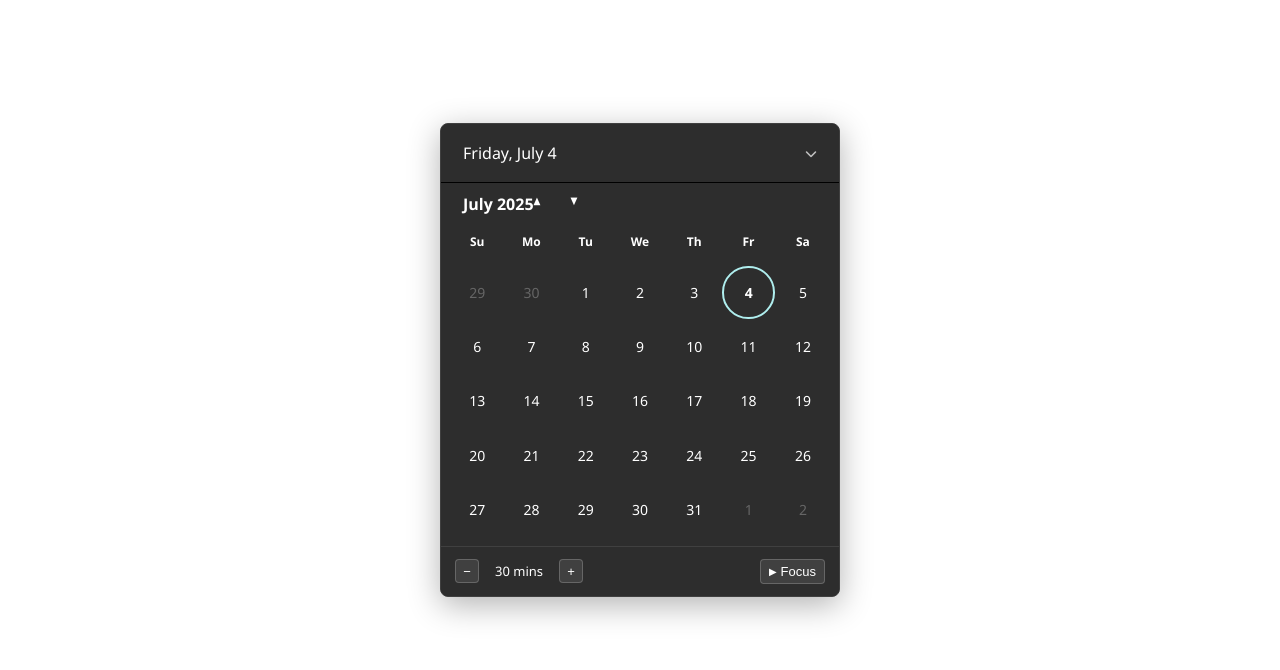
Repository: ThuTrang-jvb/JVB_BT2
Page: index.html
The author's editor kept a copy of each file at every save. The page is drawn from the files as they stood at one save, then again after the next save.
The browser window is 1280 px wide. The pictures show the whole page.

Above is the page before, as saved 2025-07-07 11:27:51.

### index.html
<!DOCTYPE html>
<html lang="en">
<head>
  <meta charset="UTF-8" />
  <meta name="viewport" content="width=device-width, initial-scale=1.0"/>
  <title>Calendar</title>
  <link rel="stylesheet" href="style.css" />
  <link rel="stylesheet" href="https://cdnjs.cloudflare.com/ajax/libs/font-awesome/6.4.0/css/all.min.css" />
</head>
<body>
  <div class="calendar">
    <div class="top-bar">
      <div class="date-display" id="dateToggle">
        <span id="dateText">Monday, November 7</span>
        <span class="dropdown-icon" id="dropdownIcon">
          <i class="fa-solid fa-chevron-down"></i>
        </span>
      </div>
    </div>

    <div class="navigation-bar">
      <div class="title-block" id="calendarTitle">
        <span id="calendarTitleText">November 2022</span>
        <div class="arrow-controls">
          <span>&#9650;</span>
          <span>&#9660;</span>
        </div>
      </div>
    </div>

    <div class="main-calendar">
      <div class="weekday-header" id="weekdayHeader">
        <div class="weekday">Su</div>
        <div class="weekday">Mo</div>
        <div class="weekday">Tu</div>
        <div class="weekday">We</div>
        <div class="weekday">Th</div>
        <div class="weekday">Fr</div>
        <div class="weekday">Sa</div>
      </div>
      <div class="grid-display month-view" id="gridContainer"></div>
    </div>

    <div class="bottom-panel">
      <div class="control-section">
        <div class="session-control">
          <button class="btn-time" id="minusTime">−</button>
          <span class="time-display" id="durationLabel">30 mins</span>
          <button class="btn-time" id="plusTime">+</button>
        </div>
        <button class="session-btn" id="startBtn">
          <span class="session-icon">▶</span>
          <span>Focus</span>
        </button>
      </div>
    </div>
  </div>
  <script src="main.js"></script>
</body>
</html>

### style.css

* {
    margin: 0;
    padding: 0;
    box-sizing: border-box;
}

body {
    font-family: "Segoe UI", Tahoma, Geneva, Verdana, sans-serif;
    background: #ffffff;
    color: #000000;
    min-height: 100vh;
    display: flex;
    align-items: center;
    justify-content: center;
}

.calendar {
    background: #2d2d2d;
    border-radius: 8px;
    width: 100%;
    max-width: 400px;
    box-shadow: 0 8px 32px rgba(0, 0, 0, 0.3);
    border: 1px solid #404040;
    overflow: hidden;
    display: flex;
    flex-direction: column;
}

.top-bar {
    background: #2d2d2d;
    padding: 18px 22px;
    border-bottom: 1px solid #000;
}

.date-display {
    display: flex;
    align-items: center;
    justify-content: space-between;
    font-size: 16px;
    font-weight: 400;
    color: #ffffff;
    cursor: pointer;
    transition: color 0.2s ease;
}

.date-display:hover {
    color: #60a5fa;
}

.dropdown-icon {
    opacity: 0.7;
    font-size: 12px;
}

.navigation-bar {
    display: flex;
    align-items: center;
    justify-content: space-between;
    font-weight: 500;
    padding: 10px 22px;
    background: #2d2d2d;
}

.title-block {
    display: flex;
    gap: ;
    font-size: 16px;
    font-weight: 600;
    color: #ffffff;
    cursor: pointer;
    transition: color 0.2s ease;
}

.title-block:hover {
    color: #60a5fa;
}

.arrow-controls {
    display: flex;
    gap: 30px;
    font-size: 10px;
    margin-left: auto;
}

.weekday-header {
    display: grid;
    grid-template-columns: repeat(7, 1fr);
    gap: 2px;
    margin-bottom: 8px;
    padding: 0 10px;
}

.weekday {
    text-align: center;
    font-size: 12px;
    font-weight: 600;
    color: white;
    padding: 8px 4px;
}

.grid-display {
    display: grid;
    gap: 2px;
    padding: 0 10px 10px;
}

.month-view {
    grid-template-columns: repeat(7, 1fr);
}

.year-view {
    grid-template-columns: repeat(4, 1fr);
    gap: 8px;
}

.decade-view {
    grid-template-columns: repeat(4, 1fr);
    gap: 8px;
}

.grid-cell,
.year-cell,
.decade-cell {
    aspect-ratio: 1;
    display: flex;
    align-items: center;
    justify-content: center;
    cursor: pointer;
    border-radius: 4px;
    font-size: 14px;
    font-weight: 400;
    transition: all 0.2s ease;
    color: #ffffff;
    min-height: 32px;
}

.grid-cell:hover,
.year-cell:hover,
.decade-cell:hover {
    background: #404040;
    border-radius: 50%;
}

.grid-cell.dimmed,
.decade-cell.dimmed {
    color: #666666;
}

.grid-cell.today,
.year-cell.current,
.decade-cell.current {
    background: #0078d4;
    color: white;
    font-weight: 600;
    border-radius: 50%;
}

.grid-cell.selected,
.year-cell.selected,
.decade-cell.selected {
    background: none;
    border: 2px solid paleturquoise;
    color: white;
    font-weight: 600;
    border-radius: 50%;
}

.bottom-panel {
    padding: 12px 14px;
    border-top: 1px solid #404040;
    background: #2d2d2d;
}

.control-section {
    display: flex;
    justify-content: space-between;
    align-items: center;
}

.session-control {
    display: flex;
    align-items: center;
    gap: 6px;
}

.btn-time {
    background: #404040;
    color: white;
    cursor: pointer;
    font-size: 13px;
    width: 24px;
    height: 24px;
    display: flex;
    align-items: center;
    justify-content: center;
    border: 1px solid rgba(255, 255, 255, 0.2);
    transition: all 0.2s ease;
    border-radius: 4px;
}

.btn-time:hover {
    color: #60a5fa;
}

.time-display {
    font-size: 13px;
    color: white;
    min-width: 60px;
    padding: 0 10px;
    text-align: center;
}

.session-btn {
    background: #404040;
    border: 1px solid rgba(255, 255, 255, 0.2);
    padding: 4px 8px;
    color: white;
    font-size: 13px;
    cursor: pointer;
    display: flex;
    align-items: center;
    gap: 4px;
    transition: color 0.2s ease;
    border-radius: 4px;
}

.session-btn:hover {
    color: #60a5fa;
    background: #404040;
}

.session-icon {
    font-size: 10px;
}

.hidden {
    display: none;
}
.main-calendar {
    overflow: hidden;
    transition: max-height 0.4s ease;
}
.main-calendar.collapsed {
  max-height: 0;
}

@media (max-width: 480px) {
    .calendar {
        width: 90%;
        margin: 10px;
    }
}

### main.js
class Calendar {
    constructor() {
        this.currentDate = new Date();
        this.selectedDate = new Date();
        this.currentMonth = new Date();
        this.viewMode = 'month';
        this.timeMinutes = 30;
        this.focusInterval = null;
        this.remainingSeconds = 0;

        this.months = [
            'January', 'February', 'March', 'April', 'May', 'June',
            'July', 'August', 'September', 'October', 'November', 'December'
        ];

        this.monthsShort = [
            'Jan', 'Feb', 'Mar', 'Apr', 'May', 'Jun',
            'Jul', 'Aug', 'Sep', 'Oct', 'Nov', 'Dec'
        ];

        this.init();
    }

    init() {
        this.bindEvents();
        this.updateDisplay();
        this.startRealTimeUpdate();
    }

    bindEvents() {
        document.getElementById('dateText').addEventListener('click', () => this.handleHeaderClick())
        document.querySelector('.dropdown-icon').addEventListener('click', () => this.isCollapsed());
        document.getElementById('calendarTitle').addEventListener('click', () => this.handleNavTitleClick());
        const arrows = document.querySelectorAll('.arrow-controls span');
        if (arrows.length >= 2) {
            arrows[0].addEventListener('click', () => this.navigate(-1));
            arrows[1].addEventListener('click', () => this.navigate(1));
        }

        document.getElementById('minusTime').addEventListener('click', () => this.adjustTime(-5));
        document.getElementById('plusTime').addEventListener('click', () => this.adjustTime(15));
        document.getElementById('startBtn').addEventListener('click', () => this.toggleFocus());
    }

    adjustTime(minutes) {
        this.timeMinutes += minutes;
        if (this.timeMinutes < 5) this.timeMinutes = 5;
        if (this.timeMinutes > 480) this.timeMinutes = 480;
        this.updateTimeDisplay();
    }

    updateTimeDisplay() {
        const timeLabel = document.getElementById('durationLabel');
        if (this.timeMinutes >= 60) {
            const hours = Math.floor(this.timeMinutes / 60);
            const mins = this.timeMinutes % 60;
            if (mins === 0) {
                timeLabel.textContent = `${hours} hr${hours > 1 ? 's' : ''}`;
            } else {
                timeLabel.textContent = `${hours}h ${mins}m`;
            }
        } else {
            timeLabel.textContent = `${this.timeMinutes} mins`;
        }
    }

    toggleFocus() {
        const focusBtn = document.getElementById('startBtn');
        const icon = focusBtn.querySelector('.session-icon');
        const text = focusBtn.querySelector('span:last-child');

        if (text.textContent === 'Focus') {
            text.textContent = 'Stop';
            icon.textContent = '⏸';
            focusBtn.style.color = '#60a5fa';
            this.remainingSeconds = this.timeMinutes * 60;

            this.focusInterval = setInterval(() => {
                this.remainingSeconds--;
                this.updateCountdownDisplay();

                if (this.remainingSeconds <= 0) {
                    clearInterval(this.focusInterval);
                    this.focusInterval = null;
                    alert("Time's up!");
                    this.resetFocusButton();
                }
            }, 1000);

        } else {
            clearInterval(this.focusInterval);
            this.focusInterval = null;
            this.resetFocusButton();
            this.updateTimeDisplay();
        }
    }

    updateCountdownDisplay() {
        const timeLabel = document.getElementById('durationLabel');
        const minutes = Math.floor(this.remainingSeconds / 60);
        const seconds = this.remainingSeconds % 60;
        timeLabel.textContent = `${minutes}m ${seconds}s`;
    }

    resetFocusButton() {
        const focusBtn = document.getElementById('startBtn');
        const icon = focusBtn.querySelector('.session-icon');
        const text = focusBtn.querySelector('span:last-child');

        text.textContent = 'Focus';
        icon.textContent = '\u25B6';
        focusBtn.style.color = '#888888';
    }

    startRealTimeUpdate() {
        setInterval(() => {
            this.currentDate = new Date();
            this.updateHeaderDate();
        }, 1000);
    }

    handleHeaderClick() {
            this.viewMode = 'month';
            this.currentMonth = new Date(this.currentDate);
            this.selectedDate = new Date(this.currentDate);
            this.updateDisplay();

    }

    handleNavTitleClick() {
        switch (this.viewMode) {
            case 'month':
                this.viewMode = 'year';
                break;
            case 'year':
                this.viewMode = 'decade';
                break;
        }
        this.updateDisplay();
    }

    navigate(direction) {
        switch (this.viewMode) {
            case 'month':
                this.currentMonth.setMonth(this.currentMonth.getMonth() + direction);
                break;
            case 'year':
                this.currentMonth.setFullYear(this.currentMonth.getFullYear() + direction);
                break;
            case 'decade':
                this.currentMonth.setFullYear(this.currentMonth.getFullYear() + direction * 10);
                break;
        }
        this.updateDisplay();
    }

    updateDisplay() {
        this.updateHeaderDate();
        this.updateNavTitle();
        this.updateCalendarGrid();
        this.updateWeekdayHeader();
        this.updateTimeDisplay();
    }

    updateHeaderDate() {
        const options = { weekday: 'long', month: 'long', day: 'numeric' };
        const dateText = this.currentDate.toLocaleDateString('en-US', options);

        document.getElementById('dateText').textContent = dateText;
    }

    updateNavTitle() {
        let titleText = '';
        switch (this.viewMode) {
            case 'month':
                titleText = `${this.months[this.currentMonth.getMonth()]} ${this.currentMonth.getFullYear()}`;
                break;
            case 'year':
                titleText = this.currentMonth.getFullYear().toString();
                break;
            case 'decade':
                const startYear = Math.floor(this.currentMonth.getFullYear() / 10) * 10;
                titleText = `${startYear} - ${startYear + 9}`;
                break;
        }
        document.getElementById('calendarTitleText').textContent = titleText;
    }

    updateWeekdayHeader() {
        const header = document.getElementById('weekdayHeader');
        const grid = document.getElementById('gridContainer');

        if (this.viewMode === 'month') {
            header.classList.remove('hidden');
            grid.className = 'grid-display month-view';
        } else {
            header.classList.add('hidden');
            grid.className = `grid-display ${this.viewMode}-view`;
        }
    }

    updateCalendarGrid() {
        const grid = document.getElementById('gridContainer');
        grid.innerHTML = '';

        switch (this.viewMode) {
            case 'month':
                this.renderMonthView(grid);
                break;
            case 'year':
                this.renderYearView(grid);
                break;
            case 'decade':
                this.renderDecadeView(grid);
                break;
        }
    }

    renderMonthView(grid) {
        const daysInMonth = new Date(this.currentMonth.getFullYear(), this.currentMonth.getMonth() + 1, 0).getDate();
        const firstDay = new Date(this.currentMonth.getFullYear(), this.currentMonth.getMonth(), 1).getDay();
        const prevMonth = new Date(this.currentMonth.getFullYear(), this.currentMonth.getMonth(), 0);
        const prevMonthDays = prevMonth.getDate();

        for (let i = firstDay - 1; i >= 0; i--) {
            const day = document.createElement('div');
            day.className = 'grid-cell dimmed';
            day.textContent = prevMonthDays - i;
            grid.appendChild(day);
        }

        for (let day = 1; day <= daysInMonth; day++) {
            const date = new Date(this.currentMonth.getFullYear(), this.currentMonth.getMonth(), day);
            const dayElement = document.createElement('div');
            dayElement.className = 'grid-cell';
            dayElement.textContent = day;

            if (this.isSameDay(date, this.currentDate)) dayElement.classList.add('today');
            if (this.isSameDay(date, this.selectedDate)) dayElement.classList.add('selected');

            dayElement.addEventListener('click', () => {
                this.selectedDate = new Date(date);
                this.updateDisplay();
            });

            grid.appendChild(dayElement);
        }

        const totalCells = Math.ceil((firstDay + daysInMonth) / 7) * 7;
        const remainingCells = totalCells - (firstDay + daysInMonth);

        for (let day = 1; day <= remainingCells; day++) {
            const dayElement = document.createElement('div');
            dayElement.className = 'grid-cell dimmed';
            dayElement.textContent = day;
            grid.appendChild(dayElement);
        }
    }

    renderYearView(grid) {
        for (let month = 0; month < 12; month++) {
            const monthElement = document.createElement('div');
            monthElement.className = 'year-cell';
            monthElement.textContent = this.monthsShort[month];

            const date = new Date(this.currentMonth.getFullYear(), month, 1);

            if (month === this.currentDate.getMonth() && this.currentMonth.getFullYear() === this.currentDate.getFullYear()) {
                monthElement.classList.add('current');
            }
            if (month === this.currentMonth.getMonth()) {
                monthElement.classList.add('selected');
            }

            monthElement.addEventListener('click', () => {
                this.currentMonth.setMonth(month);
                this.viewMode = 'month';
                this.updateDisplay();
            });

            grid.appendChild(monthElement);
        }
    }

    renderDecadeView(grid) {
        const currentYear = this.currentMonth.getFullYear();
        const startYear = Math.floor(currentYear / 10) * 10 - 2;

        for (let i = 0; i < 16; i++) {
            const year = startYear + i;
            const yearElement = document.createElement('div');
            yearElement.className = 'decade-cell';
            yearElement.textContent = year;

            if (year === this.currentDate.getFullYear()) yearElement.classList.add('current');
            if (year === this.currentMonth.getFullYear()) yearElement.classList.add('selected');
            if (i < 2 || i > 13) yearElement.classList.add('dimmed');

            yearElement.addEventListener('click', () => {
                this.currentMonth.setFullYear(year);
                this.viewMode = 'year';
                this.updateDisplay();
            });

            grid.appendChild(yearElement);
        }
    }

    isSameDay(date1, date2) {
        return date1.getDate() === date2.getDate() &&
               date1.getMonth() === date2.getMonth() &&
               date1.getFullYear() === date2.getFullYear();
    }
    isCollapsed() {
        const calendar = document.querySelector('.calendar');
        const mainCalendar = document.querySelector('.main-calendar');
        const navigationBar = document.querySelector('.navigation-bar');
        const dropdownIcon = document.getElementById('dropdownIcon');

        calendar.classList.toggle('collapsed');

        if (calendar.classList.contains('collapsed')) {
            mainCalendar.style.display = 'none';
            navigationBar.style.display = 'none';

            // Đổi icon mũi tên thành hướng lên
            if (dropdownIcon.tagName === 'I') {
                dropdownIcon.classList.remove('fa-chevron-down');
                dropdownIcon.classList.add('fa-chevron-up');
            } else {
                dropdownIcon.textContent = '▲';
            }
        } else {
            mainCalendar.style.display = '';
            navigationBar.style.display = '';

            // Đổi icon mũi tên thành hướng xuống
            if (dropdownIcon.tagName === 'I') {
                dropdownIcon.classList.remove('fa-chevron-up');
                dropdownIcon.classList.add('fa-chevron-down');
            } else {
                dropdownIcon.textContent = '▼';
            }
        }
    }

}

document.addEventListener('DOMContentLoaded', () => {
    new Calendar();
});

After the next save:
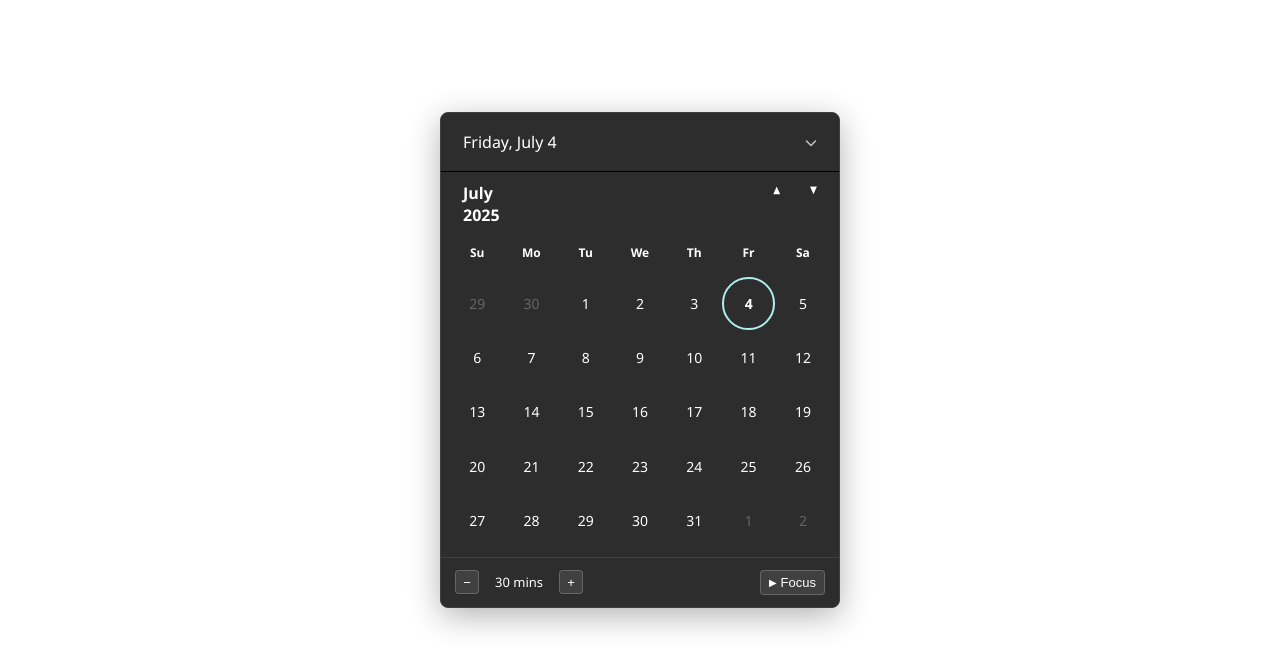
Saved 6 s later.
--- a/style.css
+++ b/style.css
@@ -64,7 +64,7 @@ body {
 
 .title-block {
     display: flex;
-    gap: ;
+    gap: 240px;
     font-size: 16px;
     font-weight: 600;
     color: #ffffff;
